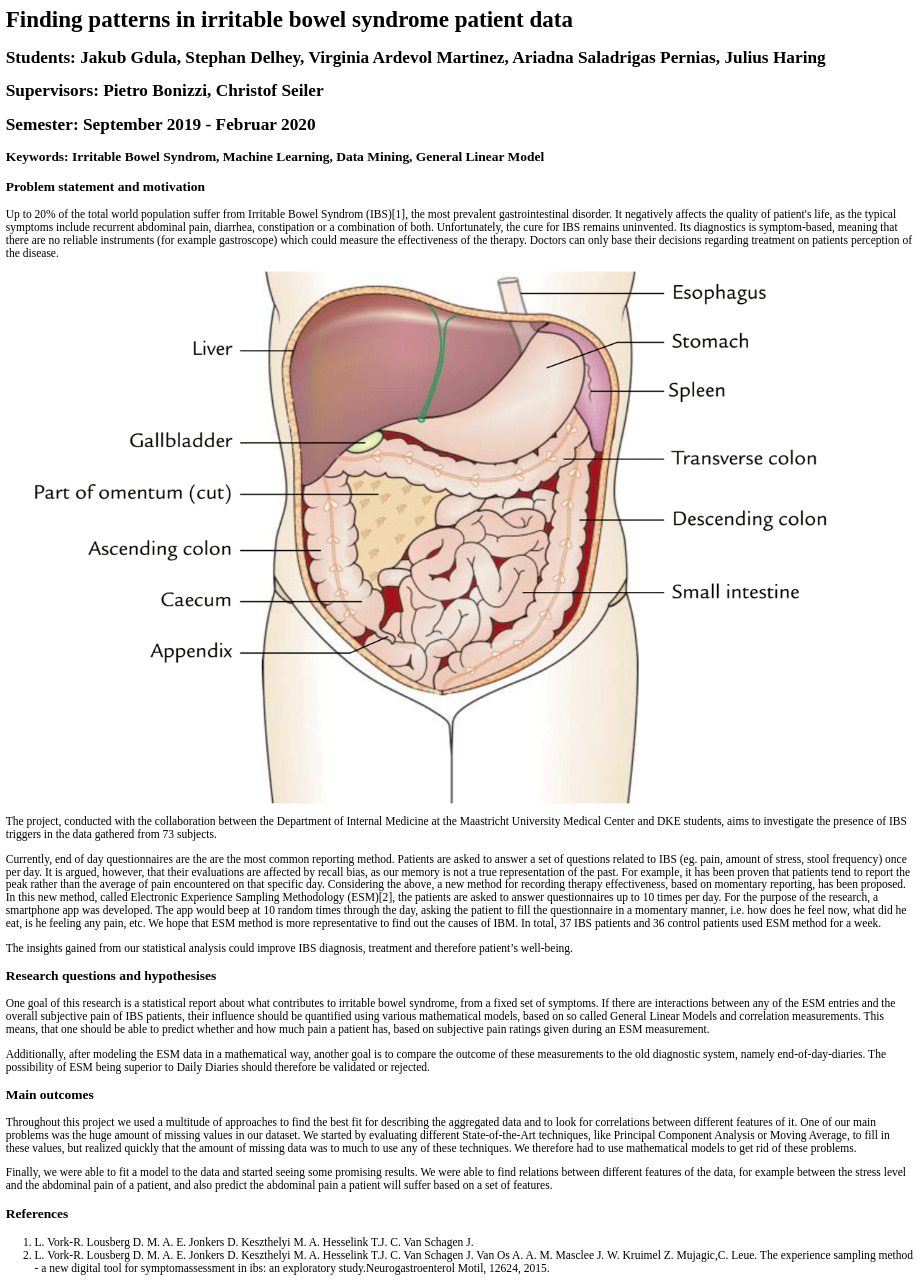
Repository: JuliusHaring/ESM
Page: laymen.html
An editor plug-in stored every save of this project. The page is shown before and after the next save, followed by the edit.
The browser window is 1280 px wide. The pictures show the whole page, at 72% of full size.

Above is the page before, as saved 2019-11-25 14:59:47.

After the next save:
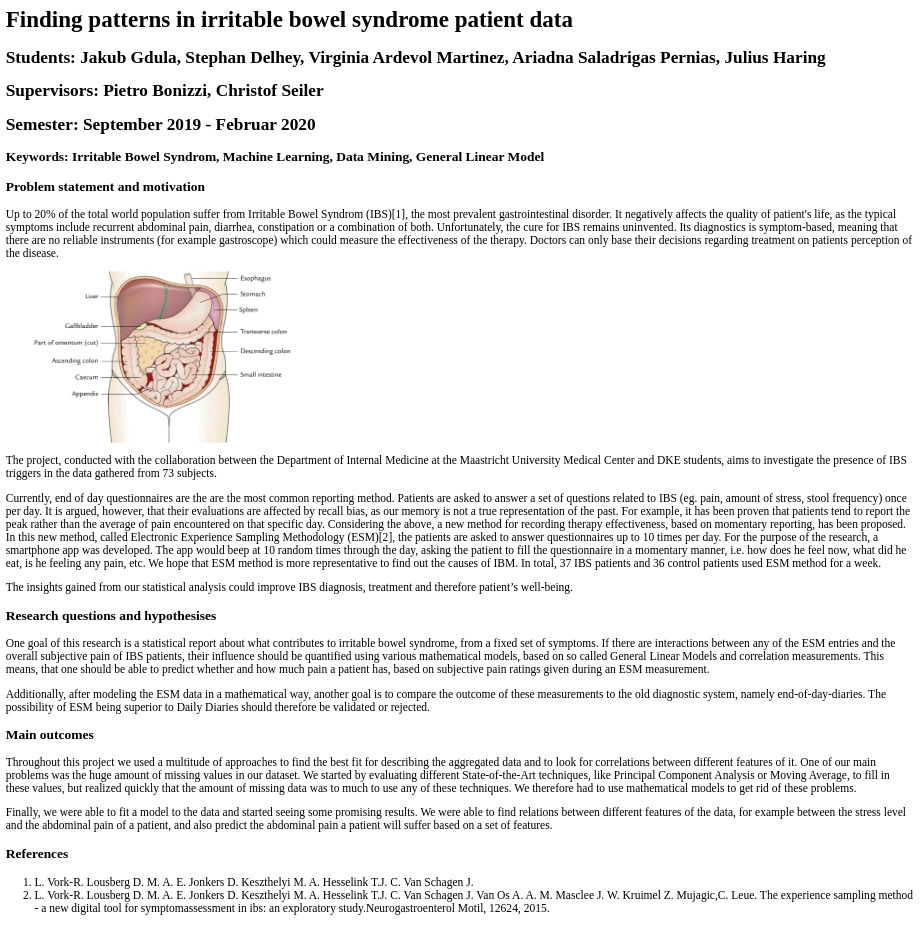
Saved 22 s later.
--- a/laymen.html
+++ b/laymen.html
@@ -10,7 +10,7 @@
         <p>Up to 20% of the total world population suffer from Irritable Bowel Syndrom (IBS)[1], the most prevalent gastrointestinal disorder. It negatively affects the quality of patient's life, as the typical symptoms include recurrent abdominal pain, diarrhea, constipation or a combination of both. Unfortunately, the cure for IBS remains uninvented. Its diagnostics is symptom-based, meaning that there are no reliable instruments (for example gastroscope) which could measure the effectiveness of the therapy. Doctors can only base their decisions regarding treatment on patients perception of the disease.</p>
 
         <figure>
-            <img src="abdominal-cavity.png" alt="">
+            <img width="30%" src="abdominal-cavity.png" alt="">
         </figure>
 
         <p>The project, conducted with the collaboration between the Department of Internal Medicine at the Maastricht University Medical Center and DKE students, aims to investigate the presence of IBS triggers in the data gathered from 73 subjects.</p>
